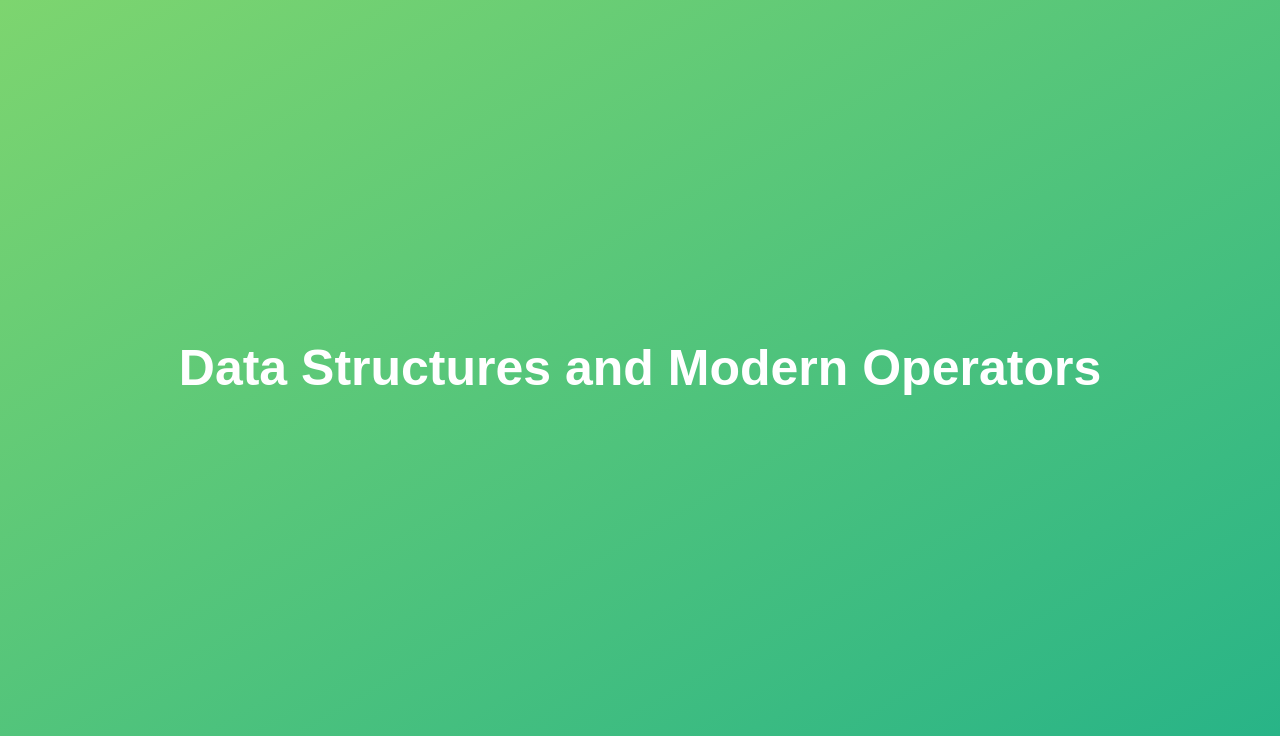
Repository: Samkiroko/Data-stractures-
Page: index.html
These files come from the project's save history. The page is drawn as it stood at one moment and after the next save; the edit follows.
The browser window is 1280 px wide. The pictures show the whole page.

Above is the page before, as saved 2021-03-08 16:14:28.

### index.html
<!DOCTYPE html>
<html lang="en">

  <head>
    <meta charset="UTF-8" />
    <meta name="viewport" content="width=device-width, initial-scale=1.0" />
    <meta http-equiv="X-UA-Compatible" content="ie=edge" />
    <title>Data Structures and Modern Operators</title>
    <style>
      body {
        height: 100vh;
        display: flex;
        align-items: center;
        background: linear-gradient(to top left, #28b487, #7dd56f);
      }

      @font-face {
        font-family: ExampleFont;
        src: url(/path/to/fonts/examplefont.woff) format('woff'),
          url(/path/to/fonts/examplefont.eot) format('eot');
        font-weight: 400;
        font-style: normal;
        font-display: block;
      }

      h1 {
        font-family: sans-serif;
        font-size: 50px;
        line-height: 1.3;
        width: 100%;
        padding: 30px;
        text-align: center;
        color: white;
      }

      button {
        width: 50px;
        height: 20px;
        margin: 10px;
      }

      textarea {
        width: 300px;
        height: 100px;
      }
    </style>
  </head>

  <body>
    <h1>Data Structures and Modern Operators</h1>
    <script src="script.js"></script>
  </body>

</html>

### script.js
// // 'use strict';

// // // Data needed for a later exercise
// // const flights =
// //   '_Delayed_Departure;fao93766109;txl2133758440;11:25+_Arrival;bru0943384722;fao93766109;11:45+_Delayed_Arrival;hel7439299980;fao93766109;12:05+_Departure;fao93766109;lis2323639855;12:30';

// // // Data needed for first part of the section
// const restaurant = {
//   name: 'Classico Italiano',
//   location: 'Via Angelo Tavanti 23, Firenze, Italy',
//   categories: ['Italian', 'Pizzeria', 'Vegetarian', 'Organic'],
//   starterMenu: ['Focaccia', 'Bruschetta', 'Garlic Bread', 'Caprese Salad'],
//   mainMenu: ['Pizza', 'Pasta', 'Risotto'],

//   openingHours: {
//     thu: {
//       open: 12,
//       close: 22,
//     },
//     fri: {
//       open: 11,
//       close: 23,
//     },
//     sat: {
//       open: 0, // Open 24 hours
//       close: 24,
//     },
//   },

//   //   //   // order: function (starterIndex, mainIndex) {
//   //   //   //   return [this.starterMenu[starterIndex]], this.mainMenu[mainIndex];
//   //   //   // },

//   //   //   // oderDelivery: function ({ starterIndex }) {
//   //   //   //   console.log(obj);
//   //   //   // },
//   //   //   // restaurant.oderDelivery({
//   //   //   //   time: '22:30',
//   //   //   //   address: 'via del sole, 21',
//   //   //   mainIndex: 2,
//   //   //   starterIndex:2,
//   //   // })

//   orderPasta: function (ing1, ing2, ing3) {
//     console.log(
//       `Here is your declicious pasts with ${ing1}, ${ing2} and ${ing3}.`
//     );
//   },
//   orderPizza: function (mainIngredient, ...otherIngredients) {
//     console.log(mainIngredient);
//     console.log(otherIngredients);
//   },
// };

// // // property values
// // const entries = Object.entries(restaurant.openingHours);
// // console.log(entries);

// // for (const [key, { open, close }] of entries) {
// //   console.log(`On ${key} we open at ${open} and close at ${close}`);
// // }

// // // use any data type, return any data type short-circuiting
// // console.log(3 || 'jonas');
// // console.log('' || 'jonas');
// // console.log(true || 0);
// // console.log(undefined || null);

// // restaurant.numGuest = 0;
// // const guests1 = restaurant.numGuest ? restaurant.numGuest : 10;
// // console.log(guests1);
// // const guests2 = restaurant.numGuest || 10;
// // console.log(guests2);

// // console.log('---AND----');
// // console.log(0 && 'Jonas');
// // console.log('Hello' && 23 && null); //null it falsely

// // if (restaurant.orderPizza) {
// //   restaurant.orderPizza('Mush', 'spinach');
// // }
// // restaurant.orderPizza && restaurant.orderPizza('mush', 'spinach');

// // restaurant.numGuest = 0;
// // const guests3 = restaurant.numGuest || 10;
// // console.log(guests3);
// // //  Nullish: null and undefined (NOT 0 or '')
// // const guestCorrect = restaurant.numGuest ?? 10;
// // console.log(guestCorrect);

// //  destructuring
// // const arr = [1, 2, ...[4, 3]];

// // const [a, b, ...others] = [1, 2, 3, 4, 5];
// // console.log(a, b, others);

// // const [pizza, risotto, ...otherFood] = [
// //   ...restaurant.mainMenu,
// //   ...restaurant.starterMenu,
// // ];
// // console.log(pizza, risotto, ...otherFood);

// // // objects

// // const { sat, ...weekdays } = restaurant.openingHours;
// // console.log(weekdays);

// // // functions
// // const add = function (...numbers) {
// //   let sum = 0;
// //   for (let i = 0; i < numbers.length; i++) {
// //     sum += numbers[i];
// //   }
// //   console.log(sum);
// // };

// // add(5, 6, 7, 8, 8, 9, 6);

// // const x = [23, 5, 7];
// // add(...x);

// // restaurant.orderPizza('mush', 'onion', 'olives', 'spinach');
// // restaurant.orderPizza('mush');
// // const arr = [7, 8, 9];
// // const badNewArr = [1, 2, arr[1], arr[2]];
// // console.log(badNewArr);

// // const newArr = [1, 2, ...arr];
// // console.log(newArr);

// // const newMenu = [...restaurant.mainMenu, 'Gnocci', 'Githeri'];
// // console.log(newMenu);

// // const mainMenuCopy = [...restaurant.mainMenu];

// // const menu = [...restaurant.mainMenu, ...restaurant.starterMenu];
// // console.log(menu);

// // // Iterables: arrays, strings, maps, sets . Not objects
// // const str = 'Samuelkiroko';
// // const letters = [...str];
// // console.log(letters);
// // console.log(...str);

// // // const ingredients = [
// // //   prompt("Let's make pasta! Ingredient 1?"),
// // //   prompt("Let's make pasta! Ingredient 2?"),
// // //   prompt("Let's make pasta! Ingredient 3?"),
// // // ];

// // // console.log(ingredients);

// // // // restaurant.orderPasta(ingredients[0], ingredients[1], ingredients[2]);
// // // restaurant.orderPasta(...ingredients);

// // // objects
// // const newRestaurant = { ...restaurant, founder: 'guiseppe' };
// // console.log(newRestaurant);

// // const restaurantCopy = { ...restaurant };
// // restaurantCopy.name = 'Ristorante Roma';
// // console.log(restaurantCopy.name);
// // console.log(restaurant.name);
// // // const { name, openingHours, categories } = restaurant;
// // // console.log(name, openingHours, categories);

// // // const {
// // //   name: restaurantName,
// // //   openingHoursHours: hours,
// // //   categories: tags,
// // // } = restaurant;
// // // console.log(restaurantName, hours, tags);

// // // const { menu = [], starterMenu: starter = [] } = restaurant;
// // // console.log(menu, starter);

// // // // Mutating variables
// // // let a = 111;
// // // let b = 999;
// // // const obj = { a: 23, b: 7, c: 14 };
// // // ({ a, b } = obj);
// // // console.log(a, b);

// // // // nested objects
// // // const {
// // //   fri: { open, close },
// // // } = openingHours;
// // // console.log(open, close);

// // // destructuring
// // // const [a, b] = restaurant.categories;
// // // console.log(a, b);
// // // let [a, , , b] = restaurant.categories;
// // // // console.log(a, b); //Italian Organic

// // // [a, b] = [b, a];
// // // console.log(a, b); // Organic Italic

// // // const [starter, mainCourse] = restaurant.order(2, 0);
// // // console.log(starter, mainCourse);

// // // // Nested destructuring
// // // const nested = [2, 4, [5, 6]];
// // // const [i, , [j, k]] = nested;
// // // console.log(i, j, k);
// // // // Default values
// // // const [p, q, r] = [8, 9];
// // // console.log(p, q, r);

// /*
// Coding Challenge #1
// We're building a football betting app (soccer for my American friends )!
// Suppose we get data from a web service about a certain game ('game' variable on
// next page). In this challenge we're gonna work with that data.
// Your tasks:
// 1. Create one player array for each team (variables 'players1' and
// 'players2')
// 2. The first player in any player array is the goalkeeper and the others are field
// players. For Bayern Munich (team 1) create one variable ('gk') with the
// goalkeeper's name, and one array ('fieldPlayers') with all the remaining 10
// field players
// 3. Create an array 'allPlayers' containing all players of both teams (22
// players)
// 4. During the game, Bayern Munich (team 1) used 3 substitute players. So create a
// new array ('players1Final') containing all the original team1 players plus
// 'Thiago', 'Coutinho' and 'Perisic'
// 5. Based on the game.odds object, create one variable for each odd (called
// 'team1', 'draw' and 'team2')
// 6. Write a function ('printGoals') that receives an arbitrary number of player
// names (not an array) and prints each of them to the console, along with the
// number of goals that were scored in total (number of player names passed in)
// 7. The team with the lower odd is more likely to win. Print to the console which
// team is more likely to win, without using an if/else statement or the ternary
// operator.
// Test data for 6.: First, use players 'Davies', 'Muller', 'Lewandowski' and 'Kimmich'.
// Then, call the function again with players from game.scored

// */

// // const game = {
// //   team1: 'Bayern Munich',
// //   team2: 'Borrussia Dortmund',
// //   players: [
// //     [
// //       'Neuer',
// //       'Pavard',
// //       'Martinez',
// //       'Alaba',
// //       'Davies',
// //       'Kimmich',
// //       'Goretzka',
// //       'Coman',
// //       'Muller',
// //       'Gnarby',
// //       'Lewandowski',
// //     ],
// //     [
// //       'Burki',
// //       'Schulz',
// //       'Hummels',
// //       'Akanji',
// //       'Hakimi',
// //       'Weigl',
// //       'Witsel',
// //       'Hazard',
// //       'Brandt',
// //       'Sancho',
// //       'Gotze',
// //     ],
// //   ],
// //   score: '4:0',
// //   scored: ['Lewandowski', 'Gnarby', 'Lewandowski', 'Hummels'],
// //   date: 'Nov 9th, 2037',
// //   odds: {
// //     team1: 1.33,
// //     x: 3.25,
// //     team2: 6.5,
// //   },
// // };

// // //  1
// // const [players1, players2] = game.players;
// // console.log(game.players);

// // //2
// // const [gk, ...fieldPlayers] = players1;
// // console.log(gk, fieldPlayers);

// // //3
// // const allPlayers = [...players1, ...players2];
// // console.log(allPlayers);

// // //4
// // const players1Final = [...players1, 'Thiago', 'Coutinho', 'Periscic'];
// // console.log(players1Final);
// // // 5
// // const {
// //   odds: { team1, x: draw, team2 },
// // } = game;
// // console.log(team1, draw, team2);

// // //6
// // const printGoals = function (...players) {
// //   console.log(`${players.length} goals were scored`);
// // };

// // printGoals('Davies', 'Muller', 'Lewandowski', 'Kimmich');
// // printGoals('Davies', 'Muller');
// // printGoals(...game.scored);

// // //7
// // team1 > team2 && console.log('Team 1 is more likely to win');
// // team1 < team2 && console.log('Team 2 is more likely to win');

// // const menu = [...restaurant.starterMenu, ...restaurant.mainMenu];
// // for (const item of menu) console.log(item);
// // for (const [i, el] of menu.entries()) {
// //   console.log(`${i + 1}: ${el}`);
// // }

// // console.log(restaurant.openingHours);

// // Rounding a number to X decimal places

// // function roundTo(base, precision) {
// //   let m = Math.pow(10, precision);
// //   let n = Math.round(base * m) / m;
// //   return n;
// // }

// // console.log(roundTo(3.47575, 2));

// // const days = ['mon', 'tue', 'wed', 'thu', 'fri', 'sat', 'sun'];

// // for (const day of days) {
// //   const open = restaurant.openingHours[day]?.open ?? 'close';
// //   console.log(`0n ${days}, we open at ${open}`);
// // }

// // // methods
// // console.log(restaurant.order?.(0, 1) ?? 'Methods doest not exist');

// // // arrays
// // const users = [{ name: 'Sam', email: 'sam@gmail.com' }];
// // console.log(users[0].name ?? 'user array empty');

// // if (user.length > 0) console.log(users[0].name);
// // else console.log('empty');

// // const properties = Object.keys(openingHours);
// // console.log(properties);

// // for (const day of Object.keys(openingHours)) console.log(day);

// // property values

// // challenge 2

// /*
// Coding Challenge #2
// Let's continue with our football betting app! Keep using the 'game' variable from
// before.
// Your tasks:
// 1. Loop over the game.scored array and print each player name to the console,
// along with the goal number (Example: "Goal 1: Lewandowski")
// 2. Use a loop to calculate the average odd and log it to the console (We already
// studied how to calculate averages, you can go check if you don't remember)
// 3. Print the 3 odds to the console, but in a nice formatted way, exactly like this:
// Odd of victory Bayern Munich: 1.33
// Odd of draw: 3.25
// Odd of victory Borrussia Dortmund: 6.5
// Get the team names directly from the game object, don't hardcode them
// (except for "draw"). Hint: Note how the odds and the game objects have the
// same property names
// 4. Bonus: Create an object called 'scorers' which contains the names of the
// players who scored as properties, and the number of goals as the value. In this
// game, it will look like this:
// {
// Gnarby: 1,
// Hummels: 1,
// Lewandowski: 2
// }
// GOOD LUCK
// */

// // const game = {
// //   team1: 'Bayern Munich',
// //   team2: 'Borrussia Dortmund',
// //   players: [
// //     [
// //       'Neuer',
// //       'Pavard',
// //       'Martinez',
// //       'Alaba',
// //       'Davies',
// //       'Kimmich',
// //       'Goretzka',
// //       'Coman',
// //       'Muller',
// //       'Gnarby',
// //       'Lewandowski',
// //     ],
// //     [
// //       'Burki',
// //       'Schulz',
// //       'Hummels',
// //       'Akanji',
// //       'Hakimi',
// //       'Weigl',
// //       'Witsel',
// //       'Hazard',
// //       'Brandt',
// //       'Sancho',
// //       'Gotze',
// //     ],
// //   ],
// //   score: '4:0',
// //   scored: ['Lewandowski', 'Gnarby', 'Lewandowski', 'Hummels'],
// //   date: 'Nov 9th, 2037',
// //   odds: {
// //     team1: 1.33,
// //     x: 3.25,
// //     team2: 6.5,
// //   },
// // };

// // // challenge 1
// // for (const [i, player] of game.scored.entries())
// //   console.log(`Goal ${i + 1}: ${player}`);

// // // #2
// // const odds = Object.values(game.odds);
// // let average = 0;
// // for (const odd of odds) average += odd;
// // average /= odds.length;

// // function roundTo(base, precision) {
// //   let m = Math.pow(10, precision);
// //   let averageRoundOf = Math.round(base * m) / m;
// //   return averageRoundOf;
// // }
// // console.log(roundTo(average, 4));

// // // #3
// // /*
// // Odd of victory Bayern Munich: 1.33
// // Odd of draw: 3.25
// // Odd of victory Borrussia Dortmund: 6.5
// // */

// // for (const [team, odd] of Object.entries(game.odds)) {
// //   // console.log(team, odd);
// //   const teamstr = team === 'x' ? 'draw' : `victory ${game[team]}`;
// //   console.log(`Odd of ${teamstr} ${odd}`);
// // }

// // const ordersSet = new Set([
// //   'Pasta',
// //   'Pizza',
// //   'Pizza',
// //   'Risotto',
// //   'Pasta',
// //   'Pizza',
// // ]);
// // console.log(ordersSet);

// // console.log(new Set('Samuel'));

// // console.log(ordersSet.size);
// // console.log(ordersSet.has('Pizza'));
// // ordersSet.add('Garlic Bread');
// // console.log(ordersSet);
// // ordersSet.delete('Risotto');
// // console.log(ordersSet);
// // // ordersSet.clear();
// // // console.log(ordersSet);

// // for (const order of ordersSet) console.log(order);

// // //  example of use case
// // const staff = ['Waiter', 'Chef', 'Waiter', 'Manager', 'Chef', 'Waiter'];

// // const staffUnique = [...new Set(staff)];
// // console.log(staffUnique);
// // console.log(staffUnique.length);

// // //  maps

// // const rest = new Map();
// // rest.set('name', 'Classico Iteliano');
// // rest.set(1, 'Firenze, Italy');
// // console.log(rest.set(2, 'Lisbon, Portugal'));

// // rest
// //   .set('categories', ['Italian', 'Pizzeria', 'Vegetarian ', 'Organic'])
// //   .set('open', 11)
// //   .set('close', 23)
// //   .set(true, 'we are open :D')
// //   .set(false, 'we are closed');

// // console.log(rest.get('name'));
// // console.log(rest.get(true));
// // console.log(rest.get(1));

// // const time = 8;
// // console.log(rest.get(time > rest.get('open') && time < rest.get('close')));

// // console.log(rest.has('categories'));
// // rest.delete(2);
// // console.log(rest);
// // console.log(rest.size);
// // // rest.clear();
// // console.log(rest);

// const question = new Map([
//   ['question', 'What is the best programming language in the world'],
//   [1, 'C'],
//   [2, 'Java'],
//   [3, 'Javascript'],
//   ['correct', 3],
//   [true, 'Correct'],
//   [false, 'Try again'],
// ]);
// console.log(question);

// // convert object to map
// // console.log(Object.entries(openingHours));
// // const hoursMap = new Map(Object.entries(openingHours));
// // console.log(hoursMap);
// console.log(question.get('question'));
// for (const [key, value] of question) {
//   if (typeof key === 'number') console.log(`Answer ${key}: ${value}`);
// }
// // const answer = Number(prompt('your answer'));
// // console.log(answer);

// // console.log(question.get(question.get('correct') === answer));

// // converting maps to an array

// console.log([...question]);

/*
Coding Challenge #3
Let's continue with our football betting app! This time, we have a map called
'gameEvents' (see below) with a log of the events that happened during the
game. The values are the events themselves, and the keys are the minutes in which
each event happened (a football game has 90 minutes plus some extra time).
Your tasks:
1. Create an array 'events' of the different game events that happened (no
duplicates)
2. After the game has finished, is was found that the yellow card from minute 64
was unfair. So remove this event from the game events log.
3. Compute and log the following string to the console: "An event happened, on
average, every 9 minutes" (keep in mind that a game has 90 minutes)
4. Loop over 'gameEvents' and log each element to the console, marking
whether it's in the first half or second half (after 45 min) of the game, like this:
hether it's in the first half or
GOOD LUCK
*/

// const gameEvents = new Map([
//   [17, '⚽ GOAL'],
//   [36, ' Substitution'],
//   [47, '⚽ GOAL'],
//   [61, ' Substitution'],
//   [64, ' Yellow card'],
//   [69, ' Red card'],
//   [70, ' Substitution'],
//   [72, ' Substitution'],
//   [76, '⚽ GOAL'],
//   [80, '⚽ GOAL'],
//   [92, ' Yellow card'],
// ]);

// // 1. Create an array 'events' of the different game events that happened (no
// // duplicates)

// // const events = new Set(gameEvents);
// // console.log(events);

// console.log(gameEvents.values());
// // const events = new Set(gameEvents.values());
// // console.log(events);
// // convert to an arrays
// const events = [...new Set(gameEvents.values())];
// console.log(events);

// // no.2
// gameEvents.delete(64);

// // no.3
// const time = [...gameEvents.keys()].pop();
// console.log(time);
// console.log(`An event happened, on average, every ${time / gameEvents.size}`);

// // no.4
// for (const [min, event] of gameEvents) {
//   const half = min <= 45 ? 'FIRST' : 'SECOND';
//   console.log(`[${half} HALF] ${min}: ${event}`);
// }

// const airline = 'Tap Air Portugal';
// const plane = 'A320';

// console.log(airline.indexOf('r'));
// console.log(airline.lastIndexOf('r'));

// console.log(airline.slice(4));
// console.log(airline.slice(4, 9));
// console.log(airline.slice(0, airline.indexOf(' ')));
// console.log(airline.slice(0, airline.indexOf('  ') + 1));
// console.log(airline.slice(0, airline.indexOf(-2)));
// const checkMiddleSeat = function (seat) {
//   // B and E are Middle seats
//   const s = seat.slice(-1);
//   if (s === 'B' || s === 'E') console.log('You got the middle seat 🙊');
//   else console.log('You got Lucky 😂');
// };

// checkMiddleSeat('11B');
// checkMiddleSeat('23C');
// checkMiddleSeat('3E');

// console.log(new String('Samuel'));

// console.log(airline.toLocaleLowerCase());
// console.log(airline.toUpperCase());

// //  fix capitalization name
// const passenger = 'sAMuel';
// const passengerLower = passenger.toLowerCase();
// const passengerCorrect =
//   passengerLower[0].toUpperCase() + passengerLower.slice(1);

// console.log(passengerCorrect);
// console.log(passengerLower.slice(1));

// // Comparing emails
// const email = 'hello@samuel.io';
// const loginEmail = ' Hello@Samuel.io';

// // const lowerEmail = loginEmail.toLocaleLowerCase();
// // const trimmedEmail = lowerEmail.trim();
// // console.log(trimmedEmail);

// const normalizedEmail = loginEmail.toLocaleLowerCase().trim();
// console.log(normalizedEmail);
// console.log(email === normalizedEmail);

// // replacing part of strings
// const priceGB = '288,97€';
// const priceUs = priceGB.replace('€', '$').replace(',', '.');
// console.log(priceUs);

// const announcement = 'All passenger come to boarding door 23.Boarding door 23!';
// console.log(announcement.replaceAll('door', 'gate'));

// // Booleans
// const plane1 = 'A320neo';
// console.log(plane1.includes('A320'));
// console.log(plane1.startsWith('A320'));
// console.log(plane1.endsWith('A320'));

// // practice exercise
// const checkBaggage = function (items) {
//   const baggage = items.toLocaleLowerCase();
//   if (baggage.includes('knife') || baggage.includes('gun')) {
//     console.log('You are not welcomed');
//   } else {
//     console.log('welcome aboard!');
//   }
// };

// checkBaggage('I have a laptop, some Food and a pocket Knife');
// checkBaggage('Socks and camera');
// checkBaggage('Got some snacks and gun for protection ');

console.log('a+very+nice+string'.split('+'));
console.log('Jonas Schmedtmann'.split(' '));

const [firstName, lastName] = 'Jonas Schmedtmann'.split(' ');

const newName = ['Mr.', firstName, lastName.toUpperCase()].join(' ');
console.log(newName);

const capitalizeName = function (name) {
  const names = name.split(' ');
  const namesUpper = [];

  for (const n of names) {
    // namesUpper.push(n[0].toUpperCase() + n.slice(1));
    namesUpper.push(n.replace(n[0], n[0].toUpperCase()));
  }
  console.log(namesUpper.join(' '));
};

capitalizeName('jessica ann smith devis');
capitalizeName('samuel kiroko njenga');
capitalizeName('joyce wanjiku kiroko');

//  padding
const message = 'Go to gate 23!';

console.log(message.padStart(25, '+').padEnd(35, '+'));

const maskCreditCard = number => {
  const str = number + '';
  const last = str.slice(-4);
  return last.padStart(str.length, '*');
};

console.log(maskCreditCard(43378534324877987));

console.log(maskCreditCard('43378534324877987'));

const message2 = 'Bad weather... All Departues Delayed...';
console.log(message2.repeat(5));

const planesInLine = n => {
  console.log(`There are ${n} places in line ${'🛩'.repeat(n)}`);
};

planesInLine(5);
planesInLine(4);
planesInLine(7);

After the next save:
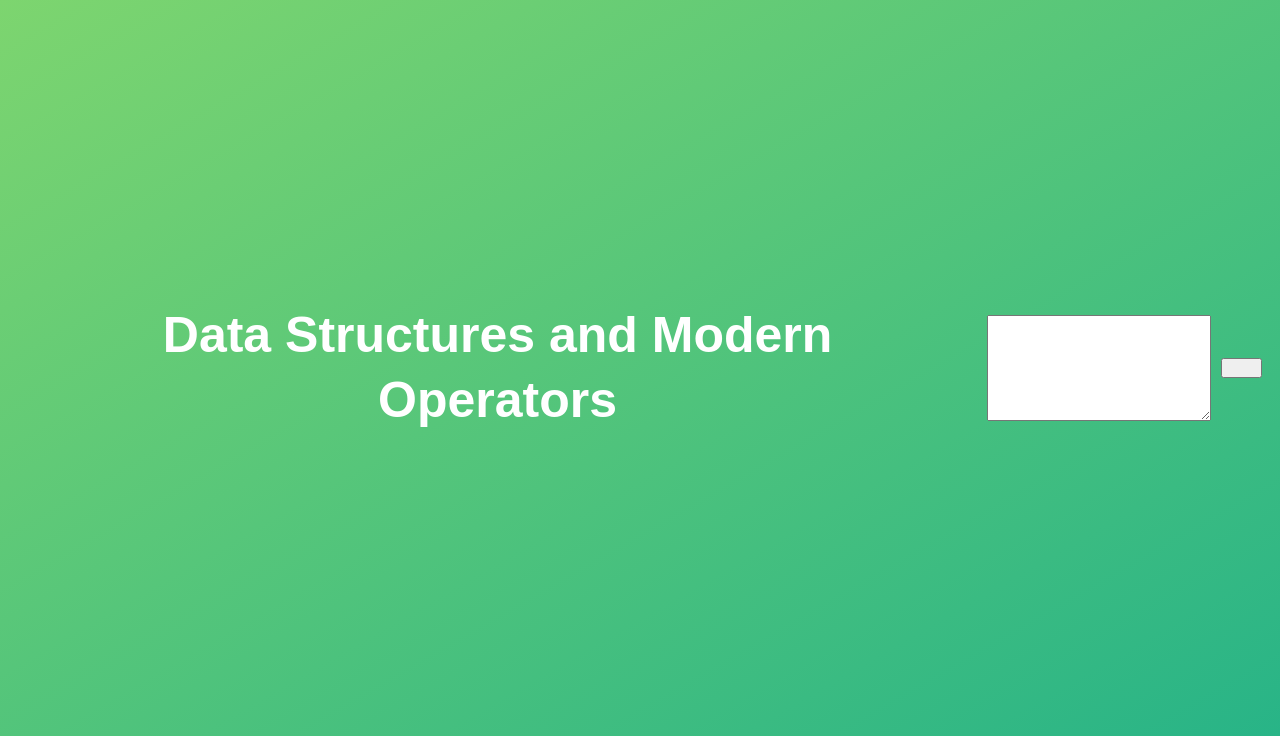
Saved 6 min 13 s later.
--- a/script.js
+++ b/script.js
@@ -724,3 +724,38 @@ const planesInLine = n => {
 planesInLine(5);
 planesInLine(4);
 planesInLine(7);
+
+/*Coding Challenge #4
+Write a program that receives a list of variable names written in underscore_case
+and convert them to camelCase.
+The input will come from a textarea inserted into the DOM (see code below to
+insert the elements), and conversion will happen when the button is pressed.
+Test data (pasted to textarea, including spaces):
+underscore_case
+first_name
+Some_Variable
+calculate_AGE
+delayed_departure
+Should produce this output (5 separate console.log outputs):
+underscoreCase
+✅
+firstName
+✅✅
+someVariable
+✅✅✅
+calculateAge
+✅✅✅✅
+delayedDeparture
+✅✅✅✅✅
+Hints:
+§ Remember which character defines a new line in the textarea
+§ The solution only needs to work for a variable made out of 2 words, like a_b
+§ Start without worrying about the ✅. Tackle that only after you have the variable
+name conversion working
+§ This challenge is difficult on purpose, so start watching the solution in case
+you're stuck. Then pause and continue!
+Afterwards, test with your own test data!
+GOOD LUCK*/
+
+document.body.append(document.createElement('textarea'));
+document.body.append(document.createElement('button'));
